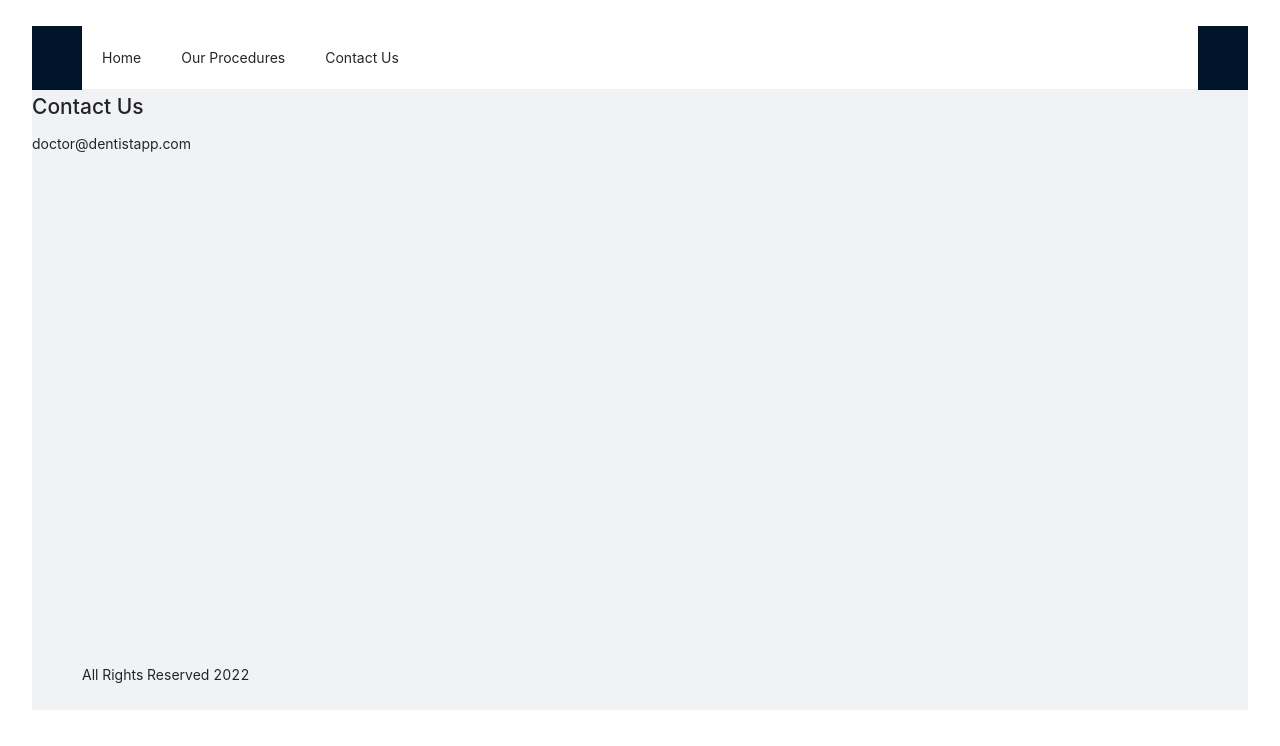
Repository: neldad1/dentist-app
Page: /contact
An editor plug-in stored every save of this project. The page is shown before and after the next save, followed by the edit.
The browser window is 1280 px wide. The pictures show the whole page.
The project was rebuilt for these pictures with package versions that can differ from the ones it lists, and the page was loaded fresh each time. Also part of the build but not shown: src/components/Home.jsx. Imported but missing from the stored project, and not drawn on this page: src/components/Services.

Above is the page before, as saved 2022-03-08 22:29:45.

After the next save:
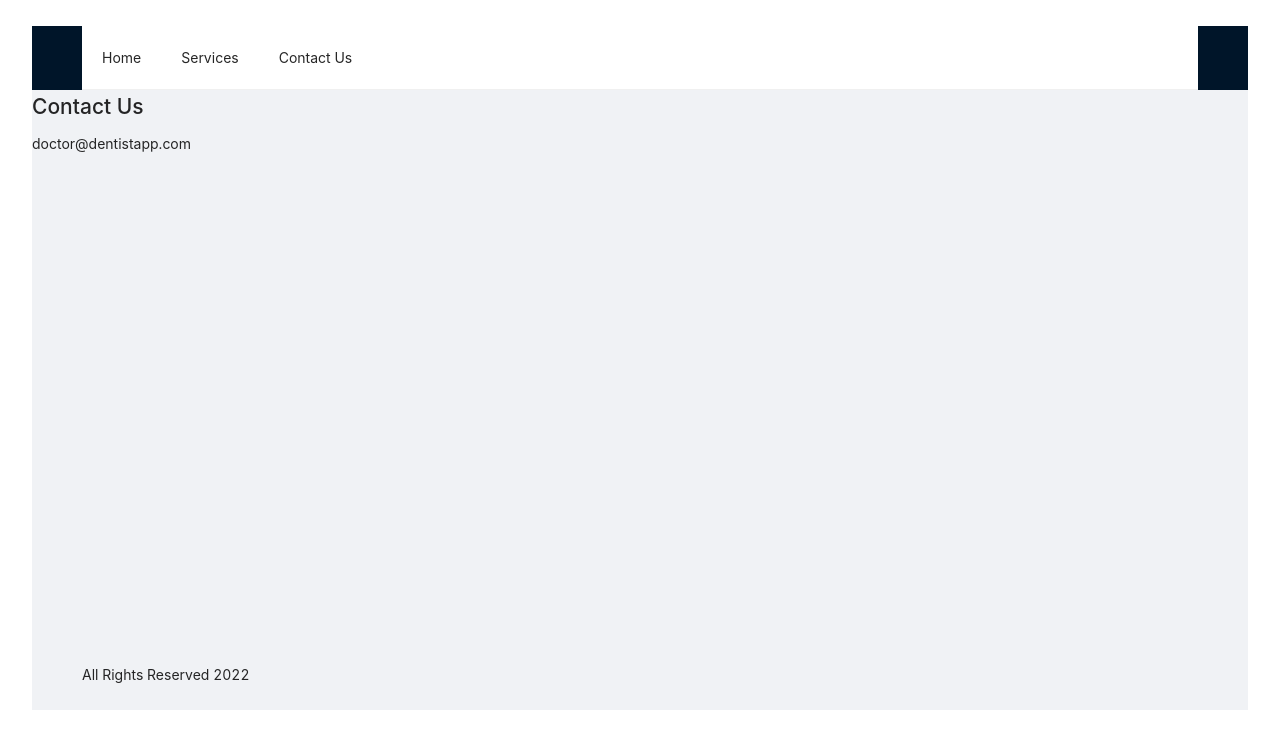
Saved 6 min 20 s later.
--- a/src/components/Router/Navigation.jsx
+++ b/src/components/Router/Navigation.jsx
@@ -6,14 +6,16 @@ const Navigation = () => {
   return (
     <Menu className="navigation" mode="horizontal">
       <Menu.Item key="home">
-        <Link to="/">Home</Link>
+        <span>Home</span>
+        <Link to="/" />
       </Menu.Item>
       <Menu.Item key="services">
-        <Link to="/procedures">Our Procedures</Link>
-        {'  '}
+        <span>Services</span>
+        <Link to="/procedures" />
       </Menu.Item>
       <Menu.Item>
-        <Link to="/contact">Contact Us</Link>
+        <span>Contact Us</span>
+        <Link to="/contact" />
       </Menu.Item>
     </Menu>
   );
